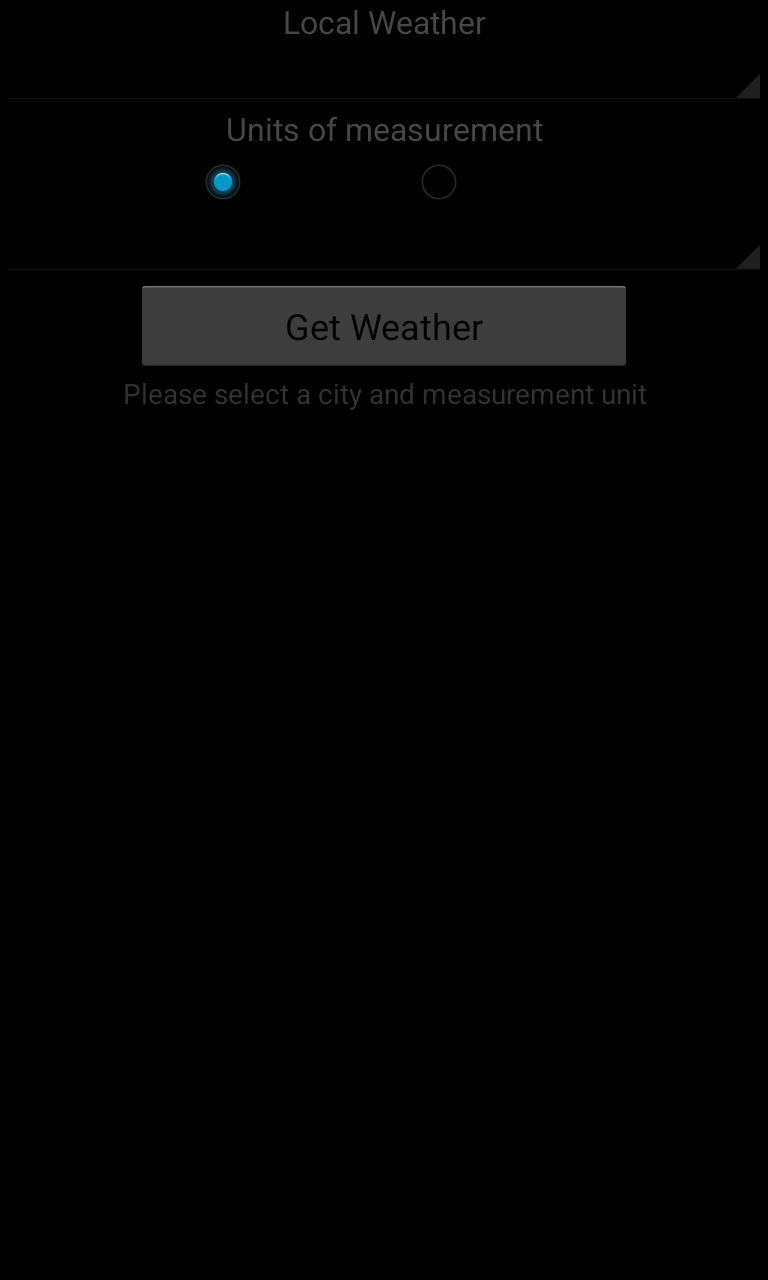
Repository: efreestone/Java1
Layout: Java1Project4/res/layout/activity_main.xml
An editor plug-in stored every save of this project. The layout is shown before and after the next save, followed by the edit.
It is drawn on a 768 x 1280 px phone screen (xhdpi) without system bars, with theme AppTheme; the app's code is not run.

Above is the layout before, as saved 2014-03-26 03:49:45.

### Java1Project4/res/layout/activity_main.xml
<?xml version="1.0" encoding="utf-8"?>
<LinearLayout xmlns:android="http://schemas.android.com/apk/res/android"
    android:id="@+id/parentView"
    android:layout_width="match_parent"
    android:layout_height="match_parent"
    android:orientation="vertical"
    style="@style/backgroundStyle">

    <!-- Top Linear Layout with controls -->
    <!-- <LinearLayout
        android:layout_width="match_parent"
        android:layout_height="wrap_content"
        android:orientation="horizontal"> -->

        <!-- Title -->
        <TextView
            android:layout_width="match_parent"
            android:layout_height="wrap_content"
            android:gravity="center"
            android:text="@string/titleString"
            style="@style/labelStyle"/>

        <!-- City Spinner -->
        <Spinner
            android:id="@+id/citySpinner"
            android:layout_width="match_parent"
            android:layout_height="wrap_content"/>

        <!-- Measurement Title -->
        <TextView
            android:layout_width="match_parent"
            android:layout_height="wrap_content"
            android:gravity="center"
            android:text="@string/measureTitleString"
            style="@style/labelStyle"/>

        <!-- Measurement Radio Buttons -->
        <RadioGroup
            android:id="@+id/tempUnitRadioGroup"
            android:layout_width="wrap_content"
            android:layout_height="wrap_content"
            android:layout_gravity="center"
            android:orientation="horizontal" >

            <RadioButton
                android:id="@+id/fahrenheitRadio"
                android:layout_width="match_parent"
                android:layout_height="wrap_content"
                android:text="@string/fahrenheitString"
                android:checked="true"/>

            <RadioButton
                android:id="@+id/celsiusRadio"
                android:layout_width="match_parent"
                android:layout_height="wrap_content"
                android:text="@string/celsiusString"/>
        </RadioGroup>

        <!-- Current Spinner -->
        <Spinner
            android:id="@+id/currentSpinner"
            android:layout_width="match_parent"
            android:layout_height="wrap_content"
            android:dropDownVerticalOffset="-45dp"
            android:popupBackground="@android:color/darker_gray"/>

        <!-- Get Weather Button -->
        <Button
            android:id="@+id/weatherButton"
            android:layout_width="wrap_content"
            android:layout_height="wrap_content"
            android:layout_gravity="center"
            android:width="250dp"
            android:text="@string/weatherButtonString"/>

	<!-- </LinearLayout> -->

	<!-- Bottom Gridlayout for temp display -->
	<GridLayout
	    android:id="@+id/tempGrid"
	    android:layout_width="match_parent"
	    android:layout_height="wrap_content"
	    android:columnCount="2">

        <!-- Display Temp -->
        <TextView
            android:id="@+id/displayTempView"
            android:layout_width="match_parent"
            android:layout_height="wrap_content"
            android:gravity="center"
            android:text="@string/displayTempString"/>

       <TextView
           android:id="@+id/dayOne"
           android:layout_width="match_parent"
           android:layout_height="wrap_content"/>

       <TextView
           android:id="@+id/tempOne"
           android:layout_width="match_parent"
           android:layout_height="wrap_content"/>

	</GridLayout>

</LinearLayout>

### Java1Project4/res/values-v14/styles.xml
<resources xmlns:android="http://schemas.android.com/apk/res/android">

    <!--
        Base application theme for API 14+. This theme completely replaces
        AppBaseTheme from BOTH res/values/styles.xml and
        res/values-v11/styles.xml on API 14+ devices.
    -->
    <style name="AppBaseTheme" parent="android:Theme.Holo.Light.DarkActionBar"/>

        <!-- Labels -->
        <style name="labelStyle">
            <item name="android:textStyle">normal</item>
            <item name="android:textColor">#474747</item>
            <item name="android:textSize">16sp</item>

        </style>

        <style name="backgroundStyle">
            <item name="android:background">@android:color/background_dark</item>
            <item name="android:typeface">monospace</item>
        </style>


</resources>

### Java1Project4/res/values/strings.xml
<?xml version="1.0" encoding="utf-8"?>
<resources>

    <string name="app_name">Java1Project4</string>
    <string name="action_settings">Settings</string>
    <string name="hello_world">Hello world!</string>

    <!-- Title and button strings -->
    <string name="titleString">Local Weather</string>
    <string name="measureTitleString">Units of measurement</string>
    <string name="weatherButtonString">Get Weather</string>
    <string name="displayTempString">Please select a city and measurement unit</string>

    <!-- Connection Alert strings -->
    <string name="noConnectionTitle">Connection Error</string>
    <string name="noConnectionAlert">This application requires internet access. Please check your network connection and try again.</string>

    <!-- Main URL strings -->
    <string name="mainURLString">http://api.wunderground.com/api/8204b5c9bf753afb/</string>
    <string name="conditionsURLString">conditions/q/</string>
    <string name="forecastURLString">forecast/q/</string>
    <!-- City URL strings -->
    <string name="lovelandString">CO/Loveland.json</string>
    <string name="losAngelesString">CA/Los_Angeles.json</string>
    <string name="newYorkString">NY/New_York.json</string>
    <string name="chicagoString">IL/Chicago.json</string>
    <string name="orlandoString">FL/Orlando.json</string>

    <!-- Radio Button Text -->
    <string name="fahrenheitString">Fahrenheit</string>
    <string name="celsiusString">Celsius</string>

    <!-- Cities array for first spinner -->
    <string-array name="cities_array">
        <item >Loveland</item>
        <item >Los Angeles</item>
        <item >New York</item>
        <item >Chicago</item>
        <item >Orlando</item>
    </string-array>

    <!-- Array for second spinner -->
    <string-array name="current_forecast">
        <item >Current Weather</item>
        <item >3-day Forecast</item>
    </string-array>

    <!-- Weather Icon -->
    <string name="weatherIconAccString">Weather Icon</string>
    <string name="weatherIconURL"></string>
    <string name="weatherProvidedBy">Weather Provided By:</string>

</resources>

Loaded but not shown: Java1Project4/res/values/styles.xml (common file); Java1Project4/res/values-v11/styles.xml (common file)

After the next save:
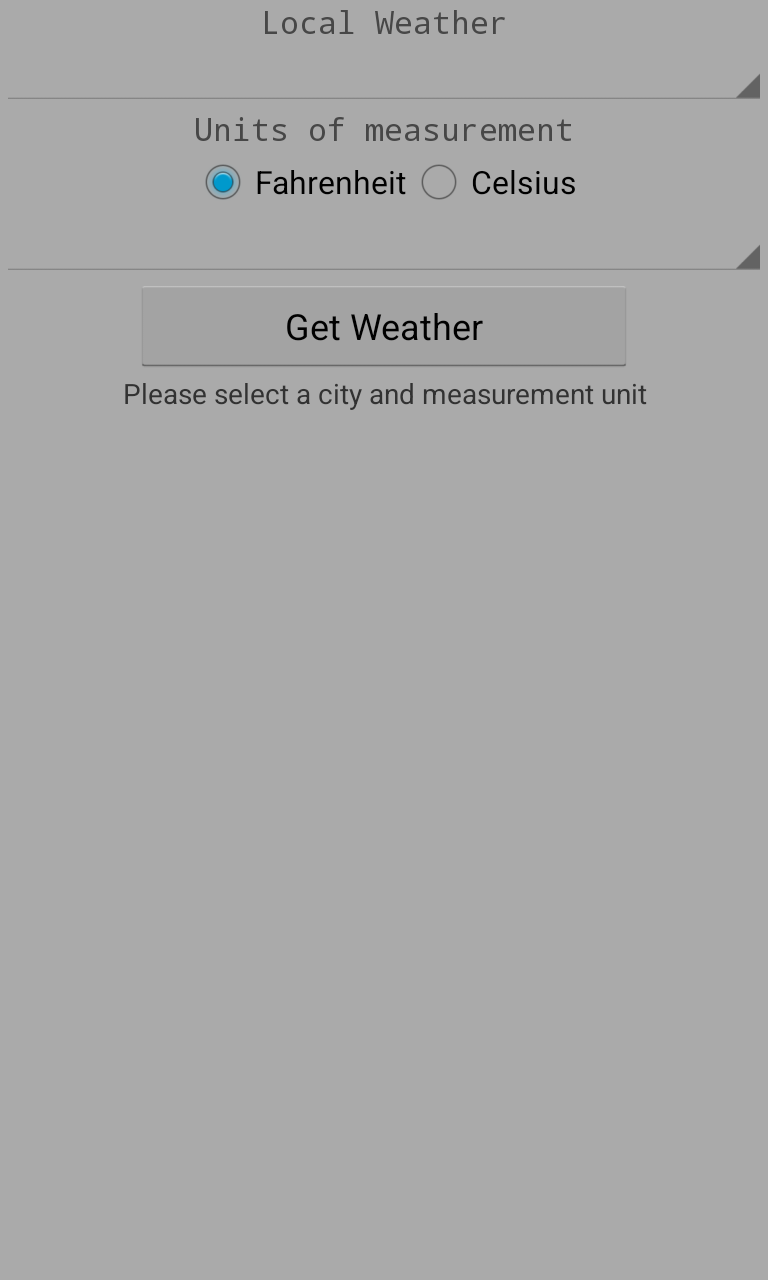
Saved 49 s later.
--- a/Java1Project4/res/values-v14/styles.xml
+++ b/Java1Project4/res/values-v14/styles.xml
@@ -12,12 +12,11 @@
             <item name="android:textStyle">normal</item>
             <item name="android:textColor">#474747</item>
             <item name="android:textSize">16sp</item>
-
+            <item name="android:typeface">monospace</item>
         </style>
 
         <style name="backgroundStyle">
-            <item name="android:background">@android:color/background_dark</item>
-            <item name="android:typeface">monospace</item>
+            <item name="android:background">@android:color/darker_gray</item>
         </style>
 
 
